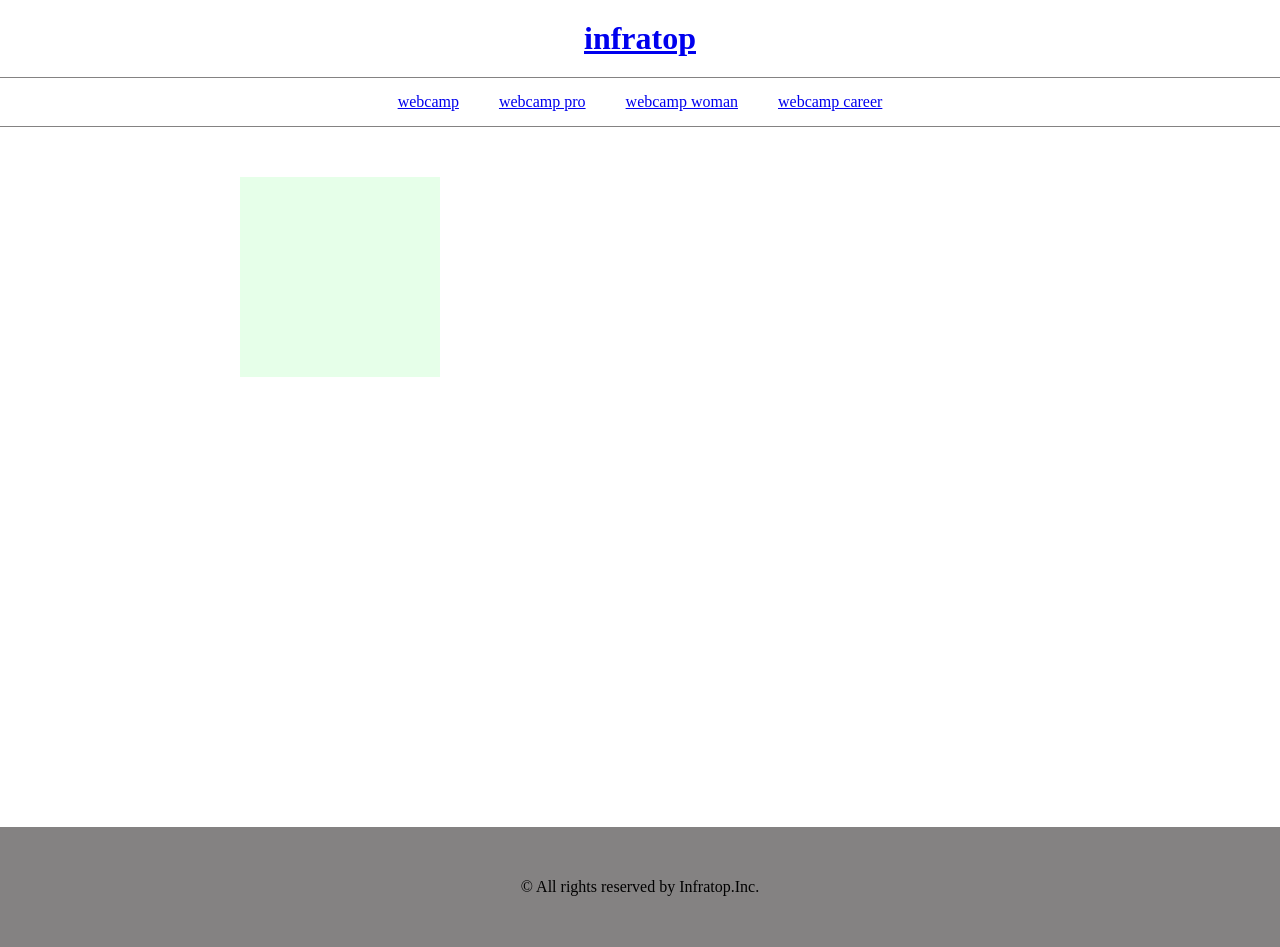
Repository: Yuya0829/HTML
Page: exercise/exercise5.html
The author's editor kept a record of every edit. The page is drawn from the files as they stood at one moment, then again after the next edit.
The browser window is 1280 px wide. The pictures show the whole page.

Above is the page before.

### exercise/exercise5.html
<!DOCTYPE html>
<html lang="ja">
  <head>
    <meta charset="UTF-8" />
    <link rel="stylesheet" href="exercise5.css" />
    <title>EXERCISE5</title>
  </head>

  <body>
    <header>
      <h1 class="heading">
        <a href="exercise5.html">
          infratop
        </a>
      </h1>
    </header>

    <nav>
      <ul class="nav-list">
        <li class="nav-list-item">
          <a href="https://web-camp.io">webcamp</a>
        <li class="nav-list-item">
          <a href="https://web-camp.io">webcamp pro</a>
        <li class="nav-list-item">
          <a href="https://web-camp.io">webcamp woman</a>
        <li class="nav-list-item">
          <a href="https://web-camp.io">webcamp career</a>
        </li>
      </ul>
    </nav>

    <div class="main">
      <div class="box1"></div>
      <div class="box2"></div>
      <div class="box3"></div>
      <div class="box4"></div>
      <div class="box5"></div>
      <div class="box6"></div>
      <div class="box7"></div>
      <div class="box8"></div>
      <div class="box9"></div>
      <div class="box10"></div>
      <div class="box11"></div>
      <div class="box12"></div>
    </div>

    <footer>
      <p class="footer-text">© All rights reserved by Infratop.Inc.</p>
    </footer>
  </body>
</html>

### exercise/exercise5.css
* {
  margin: 0;
  padding: 0;
  box-sizing: border-box;
}

header {
  width: 100%;
  padding: 20px 0;
  margin: 0 auto;
  text-align: center;
}

.nav-list {
  text-align: center;
  padding: 15px 0;
  margin: 0 auto;
  border-bottom: 1px solid #848282;
  border-top: 1px solid #848282;
}

.nav-list-item {
  list-style: none;
  display: inline-block;
  margin: 0 20px;
}

.main {
  width: 800px;
  margin: 50px auto;
  display: flex;
  flex-wrap: wrap;
}

.box1 {
  width: 200px;
  height: 200px;
  background-color: #e6ffe9;
}

.box2 {
  width: 200px;
  height: 200px;
  background-color: #;
}

.box3 {
  width: 200px;
  height: 200px;
  background-color: #;
}

.box4 {
  width: 200px;
  height: 200px;
  background-color: #;
}

.box5 {
  width: 200px;
  height: 200px;
  background-color: #;
}

.box6 {
  width: 200px;
  height: 200px;
  background-color: #;
}

.box7 {
  width: 200px;
  height: 200px;
  background-color: #;
}

.box8 {
  width: 200px;
  height: 200px;
  background-color: #;
}

.box9 {
  width: 200px;
  height: 200px;
  background-color: #;
}

.box10 {
  width: 200px;
  height: 200px;
  background-color: #;
}

.box11 {
  width: 200px;
  height: 200px;
  background-color: #;
}

.box12 {
  width: 200px;
  height: 200px;
  background-color: #;
}

footer {
  width: 100%;
  height: 120px;
  text-align: center;
  line-height: 120px;
  background-color: #848282;
}

After the next edit:
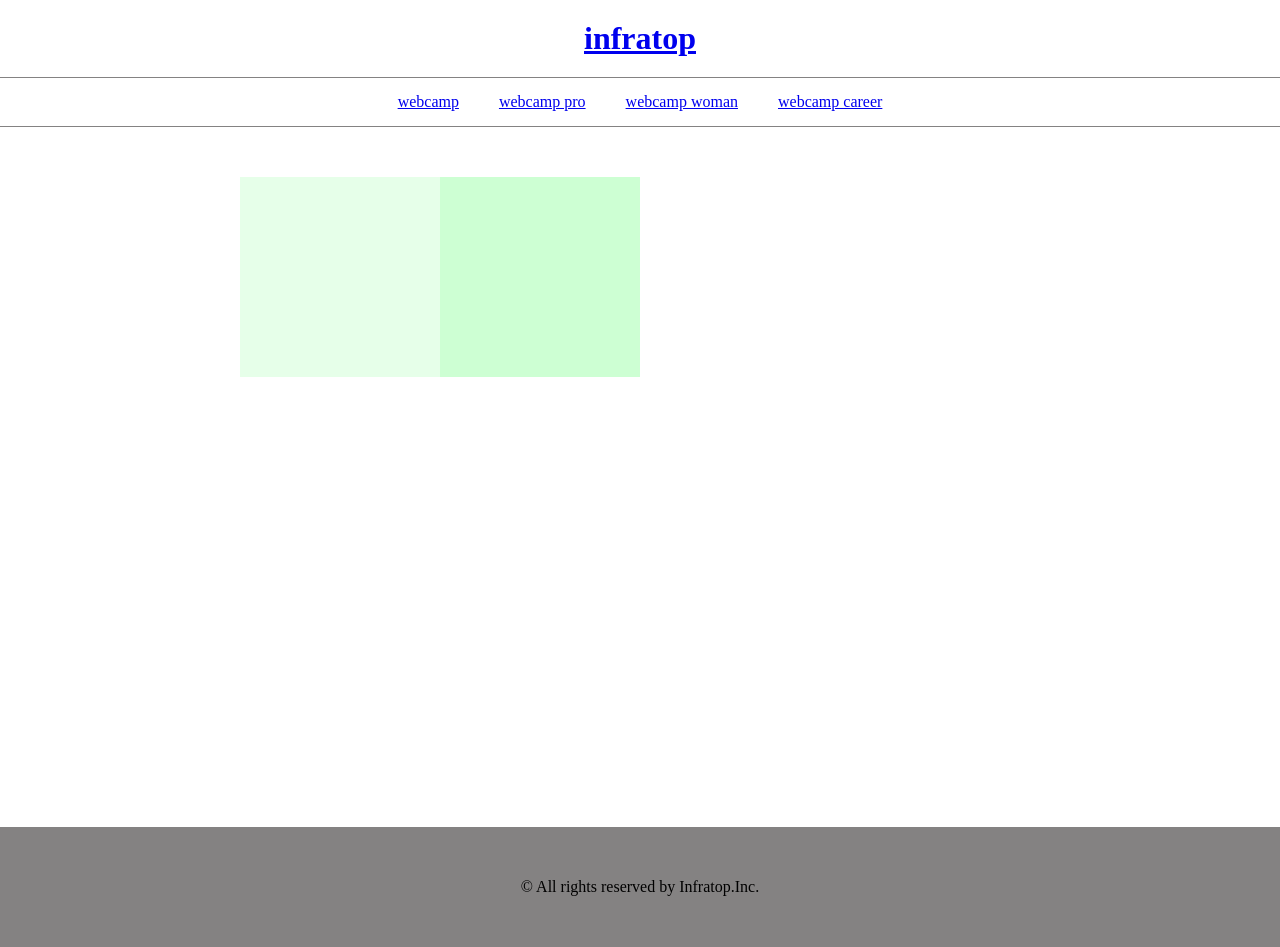
The edit:
--- a/exercise/exercise5.css
+++ b/exercise/exercise5.css
@@ -41,7 +41,7 @@
 .box2 {
   width: 200px;
   height: 200px;
-  background-color: #;
+  background-color: #cdffd3;
 }
 
 .box3 {
